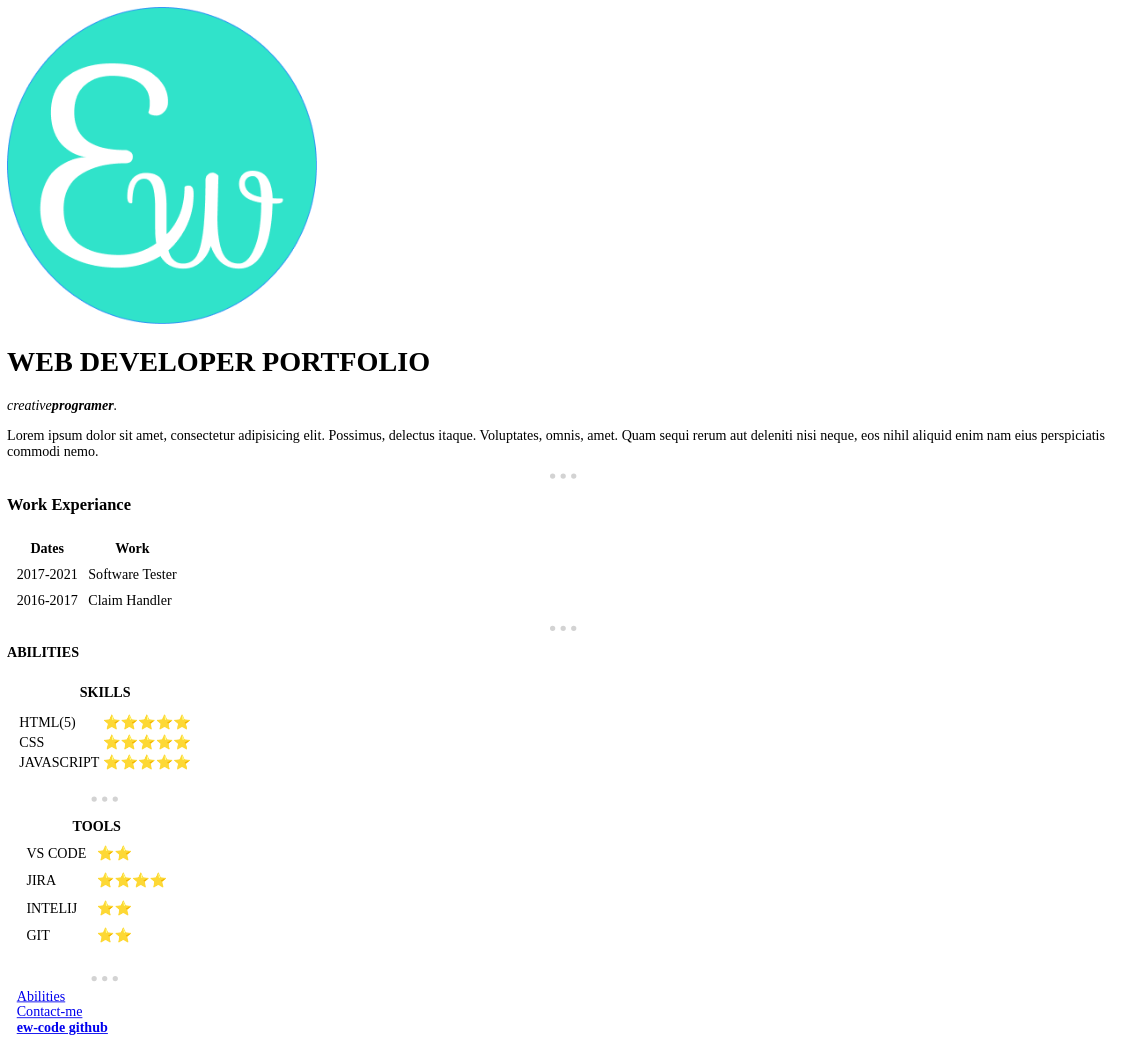
Repository: ew-code/Web-Development
Page: HTML - Personal Site/index.html
The author's editor kept a copy of each file at every save. The page is drawn from the files as they stood at one save, then again after a run of saves.
The browser window is 1280 px wide. The pictures show the whole page, at 88% of full size.

Above is the page before, as saved 2021-01-06 21:37:40.

### HTML - Personal Site/index.html
<!DOCTYPE html>
<html lang="en" dir="ltr">

<style>

   body {
      background-color: white;
      style="text-align:center;">
   }

   hr {
    border-top: 6px dotted lightgray;
    width: 30px;
    border-style: none;
    border-top-style: dotted;
    text-align: center;
   }

</style>


<head>
  <meta charset="utf-8"> <!-- dopracować meta description dla silników wyszukiwarek-->
  <title>ew-code</title>
</head>

<body
  <table cellspacing="20">
    <tr>
      <td><img src="images/Frame 1.png" alt="dot"></td>
      <td>
        <h1>WEB DEVELOPER PORTFOLIO</h1>
      </td>
      <td>
        <p><em>creative<strong>programer</strong>.</em></p>
        <p>Lorem ipsum dolor sit amet, consectetur adipisicing elit. Possimus, delectus itaque. Voluptates, omnis, amet.
          Quam sequi rerum aut deleniti nisi neque, eos nihil aliquid enim nam eius perspiciatis commodi nemo.</p>
      </td>
    </tr>
  </table>

  <hr>

  <h3>Work Experiance</h3>
  <table cellspacing="10">
    <thead>
      <tr>
        <th>Dates</th>
        <th>Work</th>
      </tr>
    </thead>
    <tbody>
      <tr>
        <td>2017-2021</td>
        <td>Software Tester</td>
      </tr>
    </tbody>
    <tbody>
      <tr>
        <td>2016-2017</td>
        <td>Claim Handler</td>
      </tr>
    </tbody>
  </table>
  <hr>

    <p><strong>ABILITIES</strong></p>

  <table cellspacing="10">
    <thead>
      <tr>
        <th colspan="2">SKILLS</th>
      </tr>
    </thead>
    <tr>
      <td>
        <table>
          <tr>
            <td>HTML(5)</td>
            <td>⭐⭐⭐⭐⭐</td>
          </tr>
          <tr>
            <td>CSS</td>
            <td>⭐⭐⭐⭐⭐</td>
          </tr>
          <tr>
            <td>JAVASCRIPT</td>
            <td>⭐⭐⭐⭐⭐</td>
          </tr>
        </table>

        <br>

      <hr>

        <table cellspacing="10">
          <thead>
            <tr>
              <th colspan="2">TOOLS</th>
            </tr>
          </thead>
          <tbody>
            <tr>
              <td>VS CODE</td>
              <td>⭐⭐</td>
            </tr>
            <tr>
              <td>JIRA</td>
              <td>⭐⭐⭐⭐</td>
            </tr>
            <tr>
              <td>INTELIJ</td>
              <td>⭐⭐</td>
            </tr>
            <tr>
              <td>GIT</td>
              <td>⭐⭐</td>
            </tr>
          </tbody>
        </table>
  <br>

  <hr>

  <a href="abilities.html">Abilities</a>
  <br>
  <a href="contact.html">Contact-me</a>
  <br>
  <strong><a href="https://github.com/ew-code">ew-code github</a></strong>
</body>

</html>

After the next 3 saves:
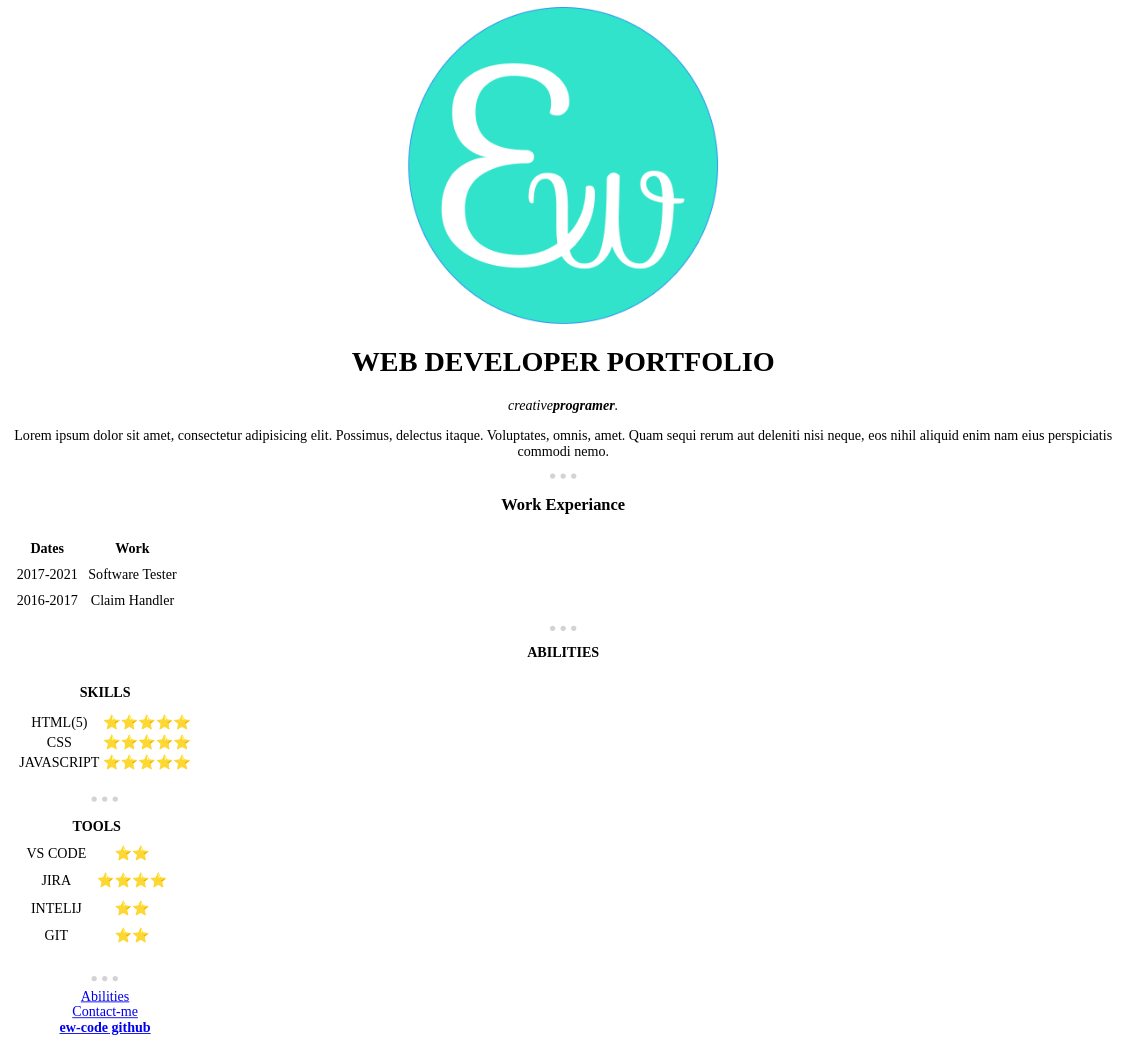
The 3 saves are shown as one change because they came seconds apart.
The last was saved 11 s later.
--- a/HTML - Personal Site/index.html
+++ b/HTML - Personal Site/index.html
@@ -5,7 +5,7 @@
 
    body {
       background-color: white;
-      style="text-align:center;">
+      text-align:center;
    }
 
    hr {
